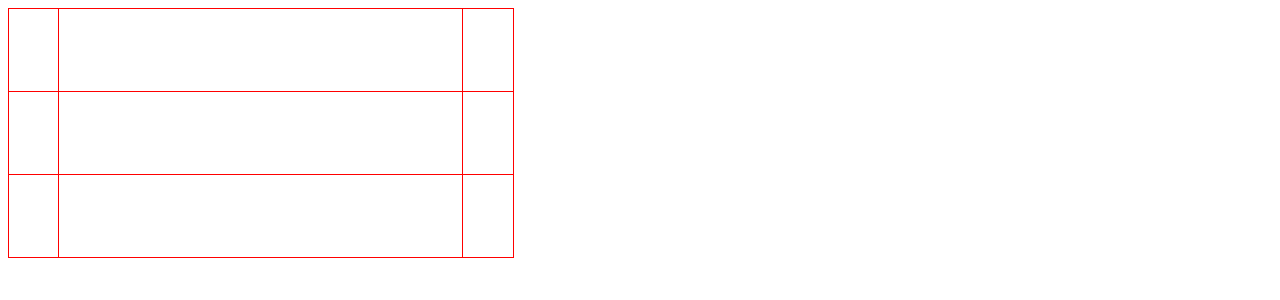
Repository: lbj0314/webTest
Page: Css_1/WebContent/css_8.html
These files come from the project's save history. The page is drawn as it stood at one moment and after the next save; the edit follows.
The browser window is 1280 px wide. The pictures show the whole page.

Above is the page before, as saved 2019-10-16 06:53:18.

### Css_1/WebContent/css_8.html
<!DOCTYPE html>
<html>
<head>
<meta charset="UTF-8">
<title>Insert title here</title>
<style type="text/css">
.t1 {
	width: 40%;

	border: 1px solid red;
	border-spacing: 0px;
	border-collapse: collapse;
	margin-top : 0 auto;
	margin-left: 0 auto;
}

td {
	height: 80px;
	border: 1px solid red;
}
.td2 {
	width: 80%;
}
]
</style>
</head>
<body>
	<table class="t1">
		<tr>
			<td></td>
			<td class="td2"></td>
			<td></td>
		</tr>
		<tr>
			<td></td>
			<td></td>
			<td></td>
		</tr>
		<tr>
			<td></td>
			<td></td>
			<td></td>
		</tr>
	</table>


</body>
</html>

After the next save:
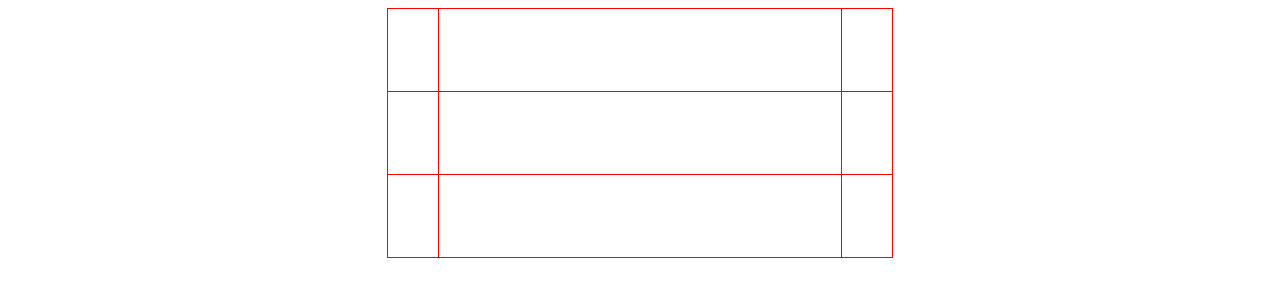
Saved 19 s later.
--- a/Css_1/WebContent/css_8.html
+++ b/Css_1/WebContent/css_8.html
@@ -10,8 +10,8 @@
 	border: 1px solid red;
 	border-spacing: 0px;
 	border-collapse: collapse;
-	margin-top : 0 auto;
-	margin-left: 0 auto;
+	margin: 0 auto;
+
 }
 
 td {
